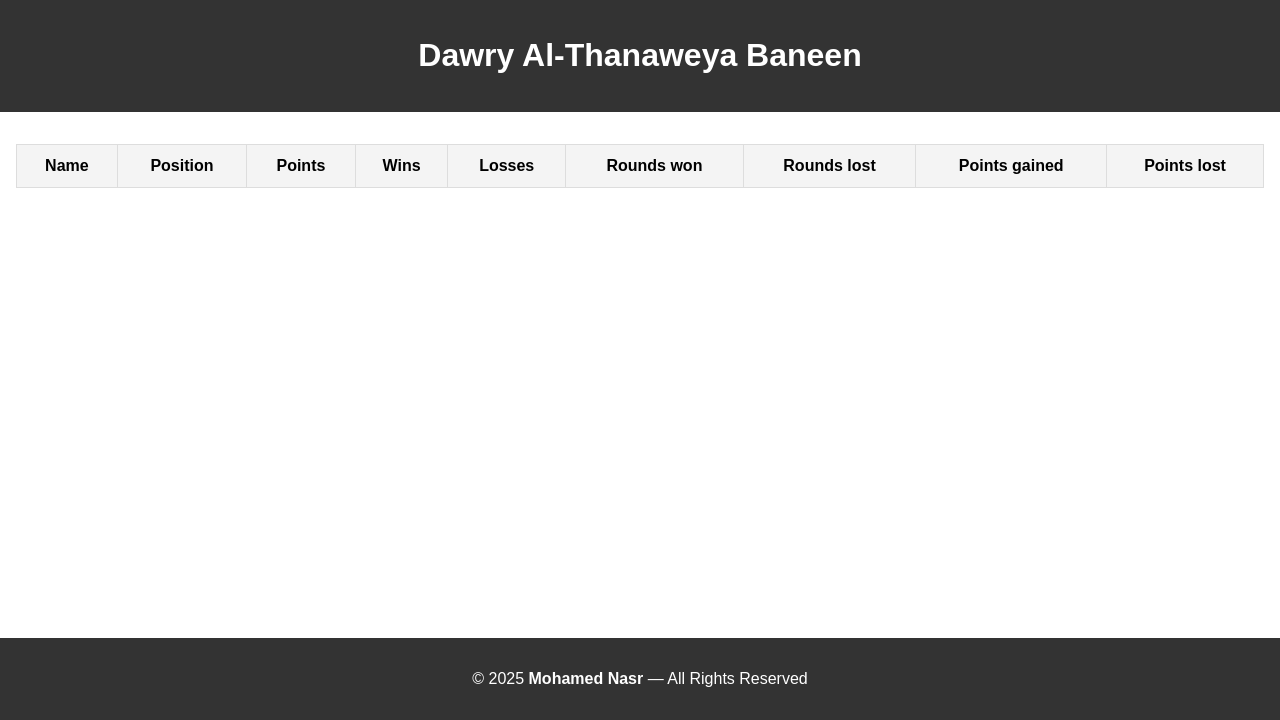
Repository: MohamedNasr95/Dawry-Al-Thanaweya-Baneen
Page: Index.html
An editor plug-in stored every save of this project. The page is shown before and after a run of saves, followed by the edit.
The browser window is 1280 px wide. The pictures show the whole page.

Above is the page before, as saved 2025-09-07 23:08:55.
Console error: ReferenceError: player is not defined

### Index.html
<!DOCTYPE html>
<html lang="en">
<head>
  <meta charset="UTF-8" />
  <meta name="viewport" content="width=device-width, initial-scale=1.0" />
  <title>Dawry Al-Thanaweya Baneen</title>
  <link rel="stylesheet" href="style.css">
</head>
<body>
  <header>
    <h1>Dawry Al-Thanaweya Baneen</h1>
  </header>
  <main>
    <table>
      <thead>
        <tr>
          <th>Name</th>
          <th>Position</th>
          <th>Points</th>
          <th>Wins</th>
          <th>Losses</th>
          <th>Rounds won</th>
          <th>Rounds lost</th>
          <th>Points gained</th>
          <th>Points lost</th>
        </tr>
      </thead>
      <tbody id="tbody">

         <!-- Add more rows here -->

      </tbody>
    </table>
  </main>
  <footer>
    <p>&copy; 2025 <strong>Mohamed Nasr</strong> — All Rights Reserved</p>
  </footer>

  <script src="script.js"></script>
</body>
</html>

### style.css
body {
    font-family: Arial, sans-serif;
    margin: 0;
    padding: 0;
    display: flex;
    min-height: 100vh;
    flex-direction: column;
}
header, footer {
    background-color: #333;
    color: #fff;
    padding: 1rem;
    text-align: center;
}
main {
    flex: 1;
    padding: 1rem;
}
table {
    width: 100%;
    border-collapse: collapse;
    margin: 1rem 0;
}
th, td {
    border: 1px solid #ddd;
    padding: 0.75rem;
    text-align: center;
}
th {
    background-color: #f4f4f4;
}
tr:nth-child(even) {
    background-color: #f9f9f9;
}
tr:hover {
    background-color: #e0e0e0;
}

### script.js
table = document.getElementById("tbody")
// console.log(table)
// name = "Mustafa";
players = [{ID: 1, name: "Mohamed Nasr", position: 0, points: 0, win: 0, loss: 0, rWin: 0, rLost: 0, pGained: 0, pLost:0},
    {ID: 2, name: "Mohy Mahmoud", position: 0, points: 0, win: 0, loss: 0, rWin: 0, rLost: 0, pGained: 0, pLost:0},
    {ID: 3, name: "Mohamed Fayed", position: 0, points: 0, win: 0, loss: 0, rWin: 0, rLost: 0, pGained: 0, pLost:0},
    {ID: 4, name: "Ahmed Magdy", position: 0, points: 0, win: 0, loss: 0, rWin: 0, rLost: 0, pGained: 0, pLost:0},
    {ID: 5, name: "Mahmoud Meredian", position: 0, points: 0, win: 0, loss: 0, rWin: 0, rLost: 0, pGained: 0, pLost:0},
    {ID: 6, name: "Abdelrahman Meredian", position: 0, points: 0, win: 0, loss: 0, rWin: 0, rLost: 0, pGained: 0, pLost:0},
    {ID: 7, name: "Mohamed Osama", position: 0, points: 0, win: 0, loss: 0, rWin: 0, rLost: 0, pGained: 0, pLost:0},
]

for( tVar = 0 ; tVar < players.length ; tVar++ )
{
    table.innerHTML +=
    `
        <tr>
            <td>${players[tVar].name}</td>
            <td>${players[tVar].position}</td>
            <td>${players[tVar].points}</td>
            <td>${player[tVar].win}</td>
            <td>${player[tVar].loss}</td>
            <td>${player[tVar].rWin}</td>
            <td>${player[tVar].rLost}</td>
            <td>${player[tVar].pGained}</td>
            <td>${player[tVar].pLost}</td>
        </tr>
    `
}

After the next 2 saves:
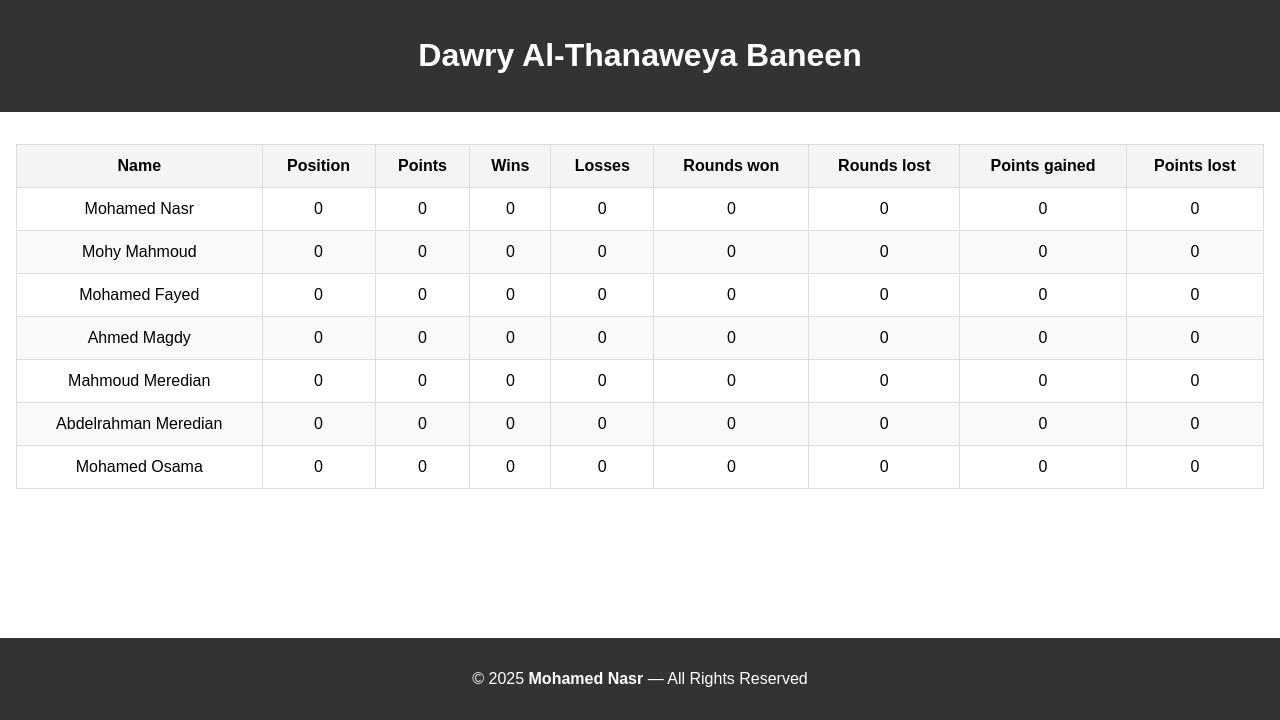
The error is gone.
The 2 saves are shown as one change because they came seconds apart.
The last was saved 6 s later.
--- a/script.js
+++ b/script.js
@@ -18,12 +18,12 @@ for( tVar = 0 ; tVar < players.length ; tVar++ )
             <td>${players[tVar].name}</td>
             <td>${players[tVar].position}</td>
             <td>${players[tVar].points}</td>
-            <td>${player[tVar].win}</td>
-            <td>${player[tVar].loss}</td>
-            <td>${player[tVar].rWin}</td>
-            <td>${player[tVar].rLost}</td>
-            <td>${player[tVar].pGained}</td>
-            <td>${player[tVar].pLost}</td>
+            <td>${players[tVar].win}</td>
+            <td>${players[tVar].loss}</td>
+            <td>${players[tVar].rWin}</td>
+            <td>${players[tVar].rLost}</td>
+            <td>${players[tVar].pGained}</td>
+            <td>${players[tVar].pLost}</td>
         </tr>
     `
 }
